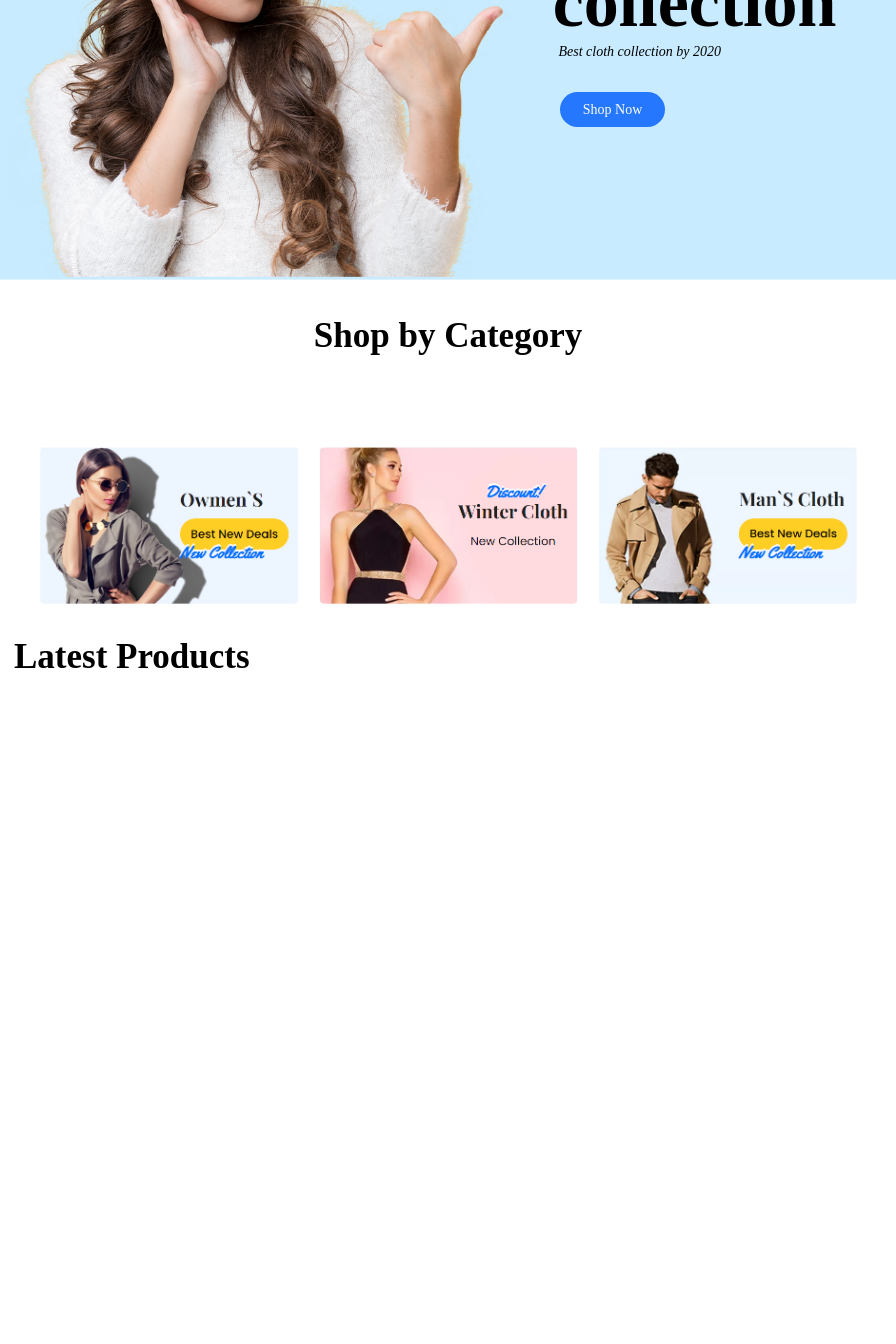
Repository: nhutduy0803/template1
Page: index.html
An editor plug-in stored every save of this project. The page is shown before and after the next save, followed by the edit.
The browser window is 1280 px wide. The pictures show the part of the page from y = 468 to 2388 px (the page is 3918 px tall), at 70% of full size.

Above is the page before, as saved 2021-12-03 20:11:23.

After the next save:
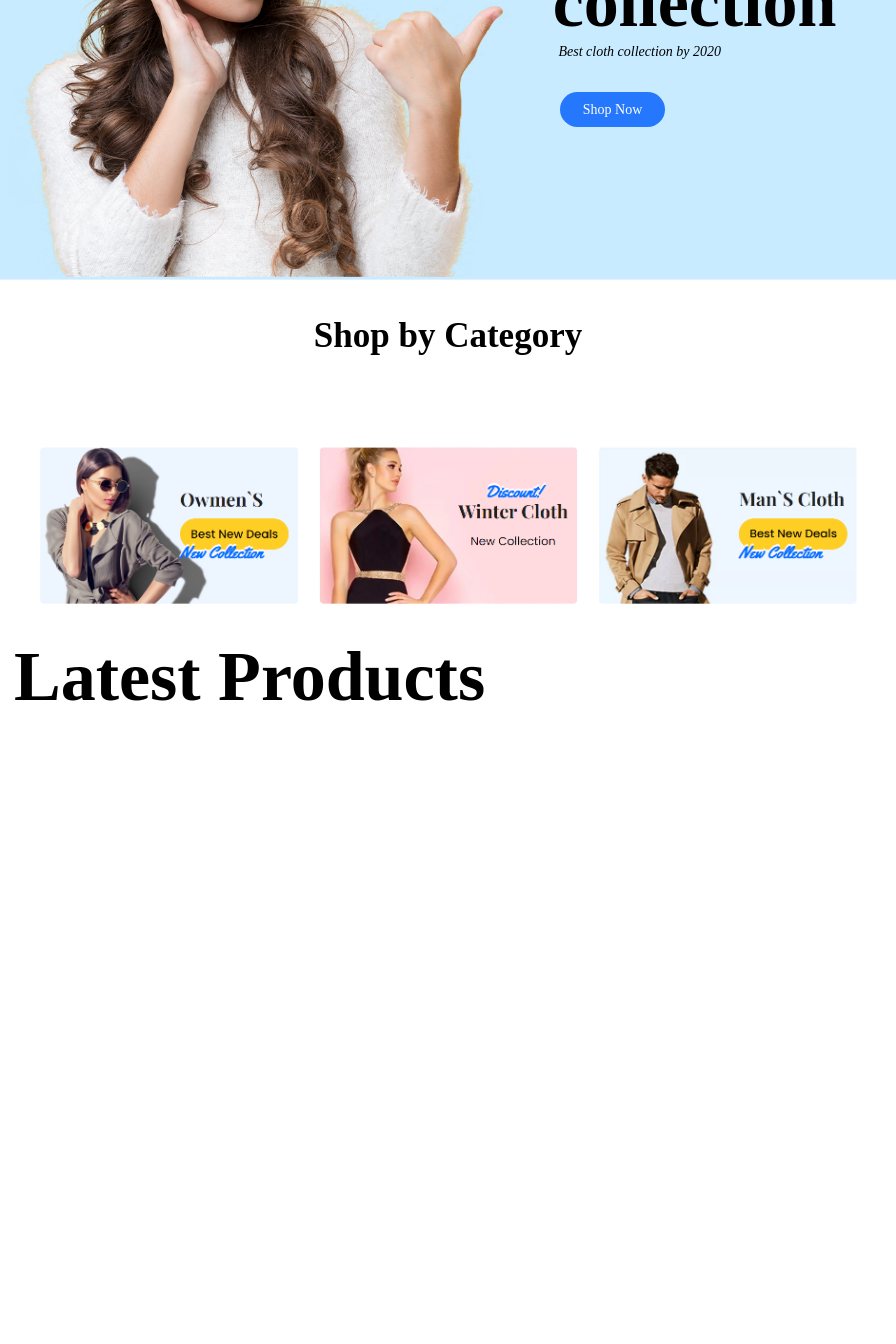
Saved 11 s later.
--- a/assets/css/style.css
+++ b/assets/css/style.css
@@ -312,7 +312,7 @@ html {
 }
 
 .Latest-Products h3 {
-  font-size: 50px;
+  font-size: 100px;
   position: absolute;
   left: 20px;
 }
